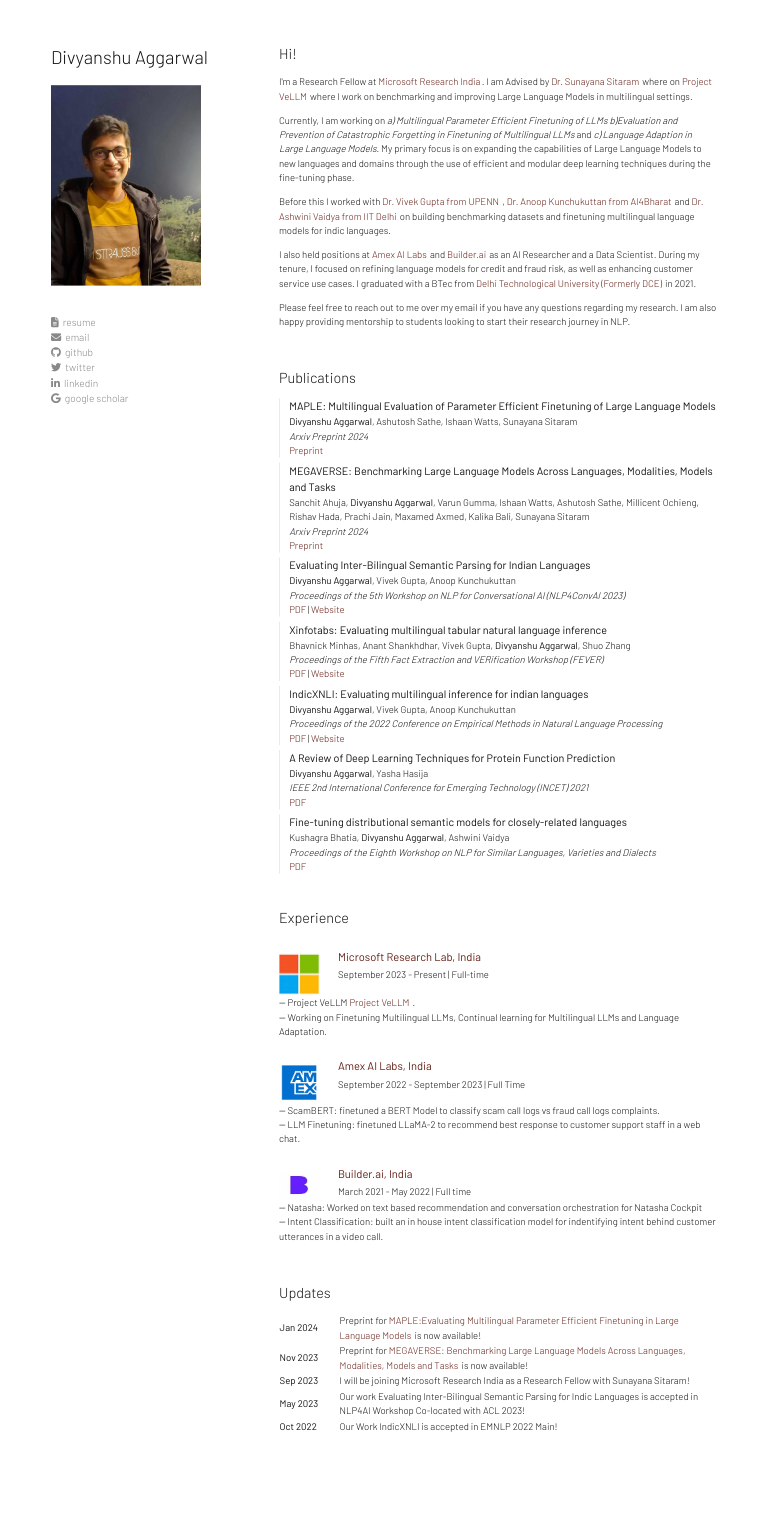
Repository: divyanshuaggarwal/divyanshuaggarwal.github.io
Page: index.html
An editor plug-in stored every save of this project. The page is shown before and after the next save, followed by the edit.
The browser window is 1280 px wide. The pictures show the whole page, at 60% of full size.
Some web libraries are served in a nearby version.

Above is the page before, as saved 2024-02-23 23:11:03.
Not found: javascripts/scale.fix.js

### index.html
<!doctype html>
<html>
  <head>
    <meta charset="utf-8">
    <meta name="viewport" content="width=device-width, initial-scale=1, shrink-to-fit=no">

    <meta name="description" content="Research Fellow | Microsoft Research India">
    <meta name="keywords" content="website, divyanshu, aggarwal, divyanshu aggarwal">
    <meta name="author" content="Divyanshu Aggarwal">
    <meta http-equiv="X-UA-Compatible" content="chrome=1">
    <meta http-equiv="X-UA-Compatible" content="IE-Edge">

    <link rel="apple-touch-icon" sizes="180x180" href="assets/apple-touch-icon.png">
    <link rel="icon" type="image/png" sizes="32x32" href="assets/favicon-32x32.png">
    <link rel="icon" type="image/png" sizes="16x16" href="assets/favicon-16x16.png">
    <link rel="manifest" href="/site.webmanifest">

    <!-- Bootstrap CSS -->
    <link rel="stylesheet" href="https://stackpath.bootstrapcdn.com/bootstrap/4.4.1/css/bootstrap.min.css" integrity="sha384-Vkoo8x4CGsO3+Hhxv8T/Q5PaXtkKtu6ug5TOeNV6gBiFeWPGFN9MuhOf23Q9Ifjh" crossorigin="anonymous">
    <!-- <link rel="stylesheet" href="assets/style-3.css"> -->
    <link href="https://fonts.googleapis.com/css2?family=Spartan:wght@300;400;500&display=swap" rel="stylesheet">
    <link href="https://fonts.googleapis.com/css2?family=Quicksand:wght@300;400&display=swap" rel="stylesheet">
    <link href="https://fonts.googleapis.com/css2?family=Barlow:wght@300;400&display=swap" rel="stylesheet">


    <script src="https://kit.fontawesome.com/cf1c3caa39.js" crossorigin="anonymous"></script>
    <!-- <script src="assets/style-2.js"></script> -->


    <title>Divyanshu Aggarwal</title>

  </head>
  <body>
    <div class="container pb-5 allstuffp">
      <div class="row pt-5 allstuff">
        <div class="col-md-4 pt-4">
          <div class="fixed-posi">
            <div class="name pb-4">Divyanshu Aggarwal</div>
            <img src="./images/divyanshu.jpg" class="img-fluid profilepic" alt="Divyanshu profile photo" width="250">
            <div class="pt-5">
              <a id="icon_cv" class="tag had" href="assets/cv.pdf" target="_blank"><i class="had fas fa-file-alt"></i>&nbsp; resume</a><br>
              <a id="icon_email" class="tag had" href="mailto:divyanshuggrwl@gmail.com" target="_blank"><i class="fas fa-envelope"></i>&nbsp; email</a><br>
              <a id="icon_github" class="tag had" href="https://github.com/divyanshuaggarwal" target="_blank"><i class="had fab fa-github"></i>&nbsp; github</a><br>
              <a id="icon_twitter" class="tag had" href="https://twitter.com/divyanshuggrwl" target="_blank"> <i class="fab fa-twitter"></i>&nbsp; twitter</a> <br>
              <a id="icon_linkedin" class="tag had" href="https://www.linkedin.com/in/https://www.linkedin.com/in/divyanshu-aggarwal-498894163/" target="_blank"><i class="fab fa-linkedin-in"></i>&nbsp; linkedin</a> <br>
              <a id="icon_gscholar" class="tag had" href="https://scholar.google.com/citations?user=WuYKZLAAAAAJ" target="_blank"><i class="fab fa-google"></i>&nbsp; google scholar</a> <br>
            </div>
          </div>
        </div>
        <div class="col-md-8 pt-4 about">
          <p class='header'>Hi!</p>
          <p>I'm a Research Fellow at <a class="tag" href="https://www.microsoft.com/en-us/research/lab/microsoft-research-india/" target="_blank">Microsoft Research India</a>. I am Advised by <a class="tag" href="https://www.microsoft.com/en-us/research/lab/microsoft-research-india/" target="_blank">Dr. Sunayana Sitaram</a> where on <a class="tag", href="https://www.microsoft.com/en-us/research/project/project-vellm/"> Project VeLLM </a> where I work on benchmarking and improving Large Language Models in multilingual settings. </p>

          <p>Currently, I am working on <em>a) Multilingual Parameter Efficient Finetuning of LLMs</em> <em>b)Evaluation and Prevention of Catastrophic Forgetting in Finetuning of Multilingual LLMs </em> and <em>c) Language Adaption in Large Language Models</em>. My primary focus is on expanding the capabilities of Large Language Models to new languages and domains through the use of efficient and modular deep learning techniques during the fine-tuning phase.</p>

          <p>Before this I worked with <a class="tag" href="https://vgupta123.github.io/" target="_blank"> Dr. Vivek Gupta from UPENN </a>, <a class="tag" href="http://anoopk.in/" target="_blank">Dr. Anoop Kunchukuttan from AI4Bharat</a>  and <a class="tag" href="https://web.iitd.ac.in/~avaidya/" target="_blank"> Dr. Ashwini Vaidya from IIT Delhi</a> on building benchmarking datasets and finetuning multilingual language models for indic languages.</p>

          <p>I also held positions at <a class="tag" href="https://emerj.com/ai-sector-overviews/artificial-intelligence-at-american-express/", target="_blank"> Amex AI Labs </a> and <a class="tag" href="https://www.builder.ai/under-the-hood", target="_blank">Builder.ai</a> as an AI Researcher and a Data Scientist. During my tenure, I focused on refining language models for credit and fraud risk, as well as enhancing customer service use cases. I graduated with a BTec from <a class="tag" href="http://www.dtu.ac.in/" target="_blank"> Delhi Technological University (Formerly DCE)</a> in 2021.</p>

<!--           My thesis was on "Protein Function Prediction using Deep Learning" with <a class="tag" href="http://www.dtu.ac.in/modules/facilities/people/faculty/view.php?uname=yashahasija", target="_blank">Dr. Yasha Hasija</a>. -->
          <p>Please feel free to reach out to me over my email if you have any questions regarding my research. I am also happy providing mentorship to students looking to start their research journey in NLP. </p>

          <p class="header pt-5">Publications</p>

            <p class="paper my-2 pl-3">
              <span class="papertitle">MAPLE: Multilingual Evaluation of Parameter Efficient Finetuning of Large Language Models</span><br>
              <b><span class="thisauthor">Divyanshu Aggarwal</span></b>, Ashutosh Sathe, Ishaan Watts, Sunayana Sitaram<br>
              <i> Arxiv Preprint 2024</i><br>
              <a class="tag" href="https://arxiv.org/abs/2401.07598" target="_blank">Preprint</a>
            </p>

            <p class="paper my-2 pl-3">
              <span class="papertitle">MEGAVERSE: Benchmarking Large Language Models Across Languages, Modalities, Models and Tasks</span><br>
              Sanchit Ahuja, <b><span class="thisauthor">Divyanshu Aggarwal</span></b>, Varun Gumma, Ishaan Watts, Ashutosh Sathe, Millicent Ochieng, Rishav Hada, Prachi Jain, Maxamed Axmed, Kalika Bali, Sunayana Sitaram <br>
              <i> Arxiv Preprint 2024</i><br>
              <a class="tag" href="https://arxiv.org/abs/2311.07463" target="_blank">Preprint</a>
            </p>


            <p class="paper my-2 pl-3">
              <span class="papertitle">Evaluating Inter-Bilingual Semantic Parsing for Indian Languages</span><br>
              <b><span class="thisauthor">Divyanshu Aggarwal</span></b>, Vivek Gupta, Anoop Kunchukuttan <br>
              <i>Proceedings of the 5th Workshop on NLP for Conversational AI (NLP4ConvAI 2023)</i><br>
              <a class="tag" href="https://aclanthology.org/2023.nlp4convai-1.9/" target="_blank">PDF</a>|
              <a class="tag" href="https://iesemparse.github.io/" target="_blank">Website</a>
            </p>


            <p class="paper my-2 pl-3">
              <span class="papertitle">Xinfotabs: Evaluating multilingual tabular natural language inference</span><br>
              Bhavnick Minhas, Anant Shankhdhar, Vivek Gupta, <b><span class="thisauthor">Divyanshu Aggarwal</span></b>, Shuo Zhang <br>
              <i>Proceedings of the Fifth Fact Extraction and VERification Workshop (FEVER)</i><br>
              <a class="tag" href="https://aclanthology.org/2022.fever-1.7/" target="_blank">PDF</a>|
              <a class="tag" href="https://xinfotabs.github.io/" target="_blank">Website</a>
            </p>

            <p class="paper my-2 pl-3">
              <span class="papertitle">IndicXNLI: Evaluating multilingual inference for indian languages</span><br>
              <b><span class="thisauthor">Divyanshu Aggarwal</span></b>, Vivek Gupta, Anoop Kunchukuttan <br>
              <i>Proceedings of the 2022 Conference on Empirical Methods in Natural Language Processing</i><br>
              <a class="tag" href="https://aclanthology.org/2022.emnlp-main.755" target="_blank">PDF</a>|
              <a class="tag" href="https://indicxnli.github.io" target="_blank">Website</a>
            </p>


            <p class="paper my-2 pl-3">
              <span class="papertitle">A Review of Deep Learning Techniques for Protein Function Prediction</span><br>
              <b><span class="thisauthor">Divyanshu Aggarwal</span></b>, Yasha Hasija <br>
              <i>IEEE 2nd International Conference for Emerging Technology (INCET) 2021</i><br>
              <a class="tag" href="https://arxiv.org/abs/2211.09705" target="_blank">PDF</a>
            </p>

            <p class="paper my-2 pl-3">
              <span class="papertitle">Fine-tuning distributional semantic models for closely-related languages</span><br>
              Kushagra Bhatia, <b><span class="thisauthor">Divyanshu Aggarwal</span></b>, Ashwini Vaidya <br>
              <i>Proceedings of the Eighth Workshop on NLP for Similar Languages, Varieties and Dialects</i><br>
              <a class="tag" href="https://aclanthology.org/2021.vardial-1.7/" target="_blank">PDF</a>
            </p>


          <p class="header pt-5">Experience</p>

          <div class="py-3">
              <div class="expmeta row">
                  <div class="col-sm-1"><img class="expicon mt-2"src="images/microsoft.jpg"></div>
                  <div class="col-sm-11 expdetails">
                    <span class="expjob"><a class="tag" href="https://www.microsoft.com/en-us/research/lab/microsoft-research-india/" target="_blank">Microsoft Research Lab, India</a></span><br>
                    <div class='pt-1'>September 2023 - Present | Full-time</div>
                  </div>
              </div>
              <div class="details">
              <p><span class="bullet">--</span> Project VeLLM <a class="tag" href="" target="_blank"> Project VeLLM </a>.<br>
                <span class="bullet">--</span> Working on Finetuning Multilingual LLMs, Continual learning for Multilingual LLMs and Language Adaptation.<br>


            <div class="py-3">
              <div class="expmeta row">
                  <div class="col-sm-1"><img class="expicon mt-2"src="images/amex.jpg"></div>
                  <div class="col-sm-11 expdetails">
                    <span class="expjob"><a class="tag" href="https://www.microsoft.com/en-us/research/lab/microsoft-research-india/" target="_blank">Amex AI Labs, India</a></span><br>
                    <div class='pt-1'>September 2022 - September 2023 | Full Time</div>
                  </div>
              </div>
              <div class="details">
              <p><span class="bullet">--</span> ScamBERT: finetuned a BERT Model to classify scam call logs vs fraud call logs complaints.<br>
                <span class="bullet">--</span> LLM Finetuning: finetuned LLaMA-2 to recommend best response to customer support staff in a web chat.<br>


            <div class="py-3">
              <div class="expmeta row">
                  <div class="col-sm-1"><img class="expicon mt-2"src="images/builder.jpg", width="200", height="50"></div>
                  <div class="col-sm-11 expdetails">
                    <span class="expjob"><a class="tag" href="https://www.builder.ai" target="_blank">Builder.ai, India</a></span><br>
                    <div class='pt-1'>March 2021 - May 2022 | Full time</div>
                  </div>
              </div>
              <div class="details">
              <p><span class="bullet">--</span> Natasha: Worked on text based recommendation and conversation orchestration for Natasha Cockpit <br>
                <span class="bullet">--</span> Intent Classification: built an in house intent classification model for indentifying intent behind customer utterances in a video call.<br>




            <p class="header pt-5">Updates</p>
            <div style="height:250px;overflow:auto;">
                <table>
                    <col width="100px">
                    <tr>
                        <td><b>Jan 2024</b></td>
                        <td>Preprint for <a class="tag" href="https://arxiv.org/abs/2401.07598" target="_blank">MAPLE:Evaluating Multilingual Parameter Efficient Finetuning in Large Language Models</a> is now available!</td>
                    </tr>

                    <tr>
                      <td><b>Nov 2023</b></td>
                      <td>Preprint for <a class="tag" href="https://arxiv.org/abs/2311.07463" target="_blank">MEGAVERSE: Benchmarking Large Language Models Across Languages, Modalities, Models and Tasks </a> is now available!</td>
                  </tr>

                  <tr>
                    <td><b>Sep 2023</b></td>
                    <td>I will be joining Microsoft Research India as a Research Fellow with Sunayana Sitaram!</td>
                </tr>

                <tr>
                  <td><b>May 2023</b></td>
                  <td>Our work Evaluating Inter-Bilingual Semantic Parsing for Indic Languages is accepted in NLP4AI Workshop Co-located with ACL 2023!</td>
              </tr>

              <tr>
                <td><b>Oct 2022</b></td>
                <td>Our Work IndicXNLI is accepted in EMNLP 2022  Main!</td>
             </tr>

                </table>
            </div>

        </div>

      </div>
    </div>
    <div>

    <script src="javascripts/scale.fix.js"></script>
    <script src="https://code.jquery.com/jquery-3.4.1.slim.min.js" integrity="sha384-J6qa4849blE2+poT4WnyKhv5vZF5SrPo0iEjwBvKU7imGFAV0wwj1yYfoRSJoZ+n" crossorigin="anonymous"></script>
    <script src="https://cdn.jsdelivr.net/npm/popper.js@1.16.0/dist/umd/popper.min.js" integrity="sha384-Q6E9RHvbIyZFJoft+2mJbHaEWldlvI9IOYy5n3zV9zzTtmI3UksdQRVvoxMfooAo" crossorigin="anonymous"></script>
    <script src="https://stackpath.bootstrapcdn.com/bootstrap/4.4.1/js/bootstrap.min.js" integrity="sha384-wfSDF2E50Y2D1uUdj0O3uMBJnjuUD4Ih7YwaYd1iqfktj0Uod8GCExl3Og8ifwB6" crossorigin="anonymous"></script>
    <!-- <script src="assets/style-3.js"></script> -->
  </body>
  <style>
    body {
        /* font-family: 'Quicksand', sans-serif; */
        font-family: 'Barlow', sans-serif;
        font-weight: 300;
        color: #111;
        font-size: 17px;
    }
    .name {
        font-size: 23pt;
        color: #111;

    }

    a {
        /* color: #555; */
        /* text-decoration: underline; */
        color: #641e16;
        /* font-weight: 400; */
    }

    a:hover {
      /* font-weight: 400; */
      text-decoration: none;
      transition-duration: 0.3s;
      transition-timing-function: linear;
      /* color: #444; */
    }

    .about {
        font-size: 12pt;
    }

    .header {
        font-size: 18pt;
        color: #111;
    }

    .expmeta {

    }

    .expjob {
      font-weight: 400;
      font-size: 14pt;
      color:#111;
    }

    .expduration {

    }

    .expdetails {

    }

    .expdesc{


    }

    .papertitle {
        color: #111;
        font-weight: 300;
    }

    .thisauthor {
        color: #111;
    }
    .noter {
        font-size: 9pt;
    }
    .tagsep {
        padding: 4px;
    }
    .tag {
        padding-right:2px;
    }

    .confshort {
        font-weight: 300;
    }

    .conf {
        display: inline-block;
        padding-bottom: 4px;
    }

    .paper {
        border-left: 1px solid #ddd;
        /* border-radius: 10px; */
    }

    .menulink {
        color: #888;
    }

    .menulink:hover {
        color: #111;
    }

    .had {
      color: #888;
    }

    .had:hover {
      color: #222 !important;
    }

    #icon_cv:hover > i{
      color: #641e16 ;
    }
    #icon_email:hover > i{
      color: #641e16 ;
    }
    #icon_github:hover > i{
    color: #641e16 ;
    }

    #icon_twitter:hover > i{
    color: #641e16 ;
    }

    #icon_linkedin:hover > i{
    color: #641e16 ;
    }
    #icon_scholar:hover > i{
    color: #641e16 ;
    }

    /* #icon_cv:hover:hover > i{
    color: blue;
    transition-property: color;
      transition-duration: 0.1s;
      transition-timing-function: linear;
    }
    #icon_email:hover > i{
    color: blue;
    transition-property: color;
      transition-duration: 0.1s;
      transition-timing-function: linear;
    }
    #icon_github:hover > i{
    color: blue;
    transition-property: color;
      transition-duration: 0.1s;
      transition-timing-function: linear;
    }

    #icon_twitter:hover > i{
    color: blue;
    transition-property: color;
      transition-duration: 0.1s;
      transition-timing-function: linear;
    }

    #icon_linkedin:hover > i{
    color: blue;
    transition-property: color;
      transition-duration: 0.1s;
      transition-timing-function: linear;
    }
    #icon_scholar:hover > i{
    color: blue;
    transition-property: color;
      transition-duration: 0.1s;
      transition-timing-function: linear;
    } */

    .icons:hover {
      color: rgb(143, 0, 0)
    }
    .paper {
        border-left: 1px solid #ddd;
    }

    .papertitle {
          color: #111;
          font-weight: 400;
          font-size:large;
      }

    @media (min-width: 768px) {
          .fixed-posi {
          /* width: 50%;
          margin-left: 50%;
          min-height:100%; */
          position:sticky;
    }

          .expicon {

            width:200%;
          }

          .expdetails {
            padding-left:50px;
          }

    }

    @media (max-width: 768px) {

          .expicon {

            width:20%;
          }

          .expdetails {
            padding-left: 2;
          }

    }

    .bullet {
      color: #222;
      font-weight: 400;
    }
    @media (min-width: 768px) {
      .fixed-posi {
          /* width: 50%;
              margin-left: 50%;
              min-height:100%; */
          position: fixed;
      }
    }

    @media only screen and (max-width: 900px) {
      .allstuff {
          padding-top: 0px !important;
      }

      .allstuffp {
          padding-top: 0px !important;
      }

      .profilepic {
          width: 90px;
          border-radius: 40%;
          padding-top: 0px !important;
          padding-bottom: 0px !important;
          filter: grayscale(30%);
      }

      .menur {
          padding-top: 18px !important;
      }

      .instilogo {
      height: 50px;
      filter: grayscale(20%);
      }

    }
    /* .profilepic {
      border-radius: 40%;
    } */

</style>
</html>

After the next save:
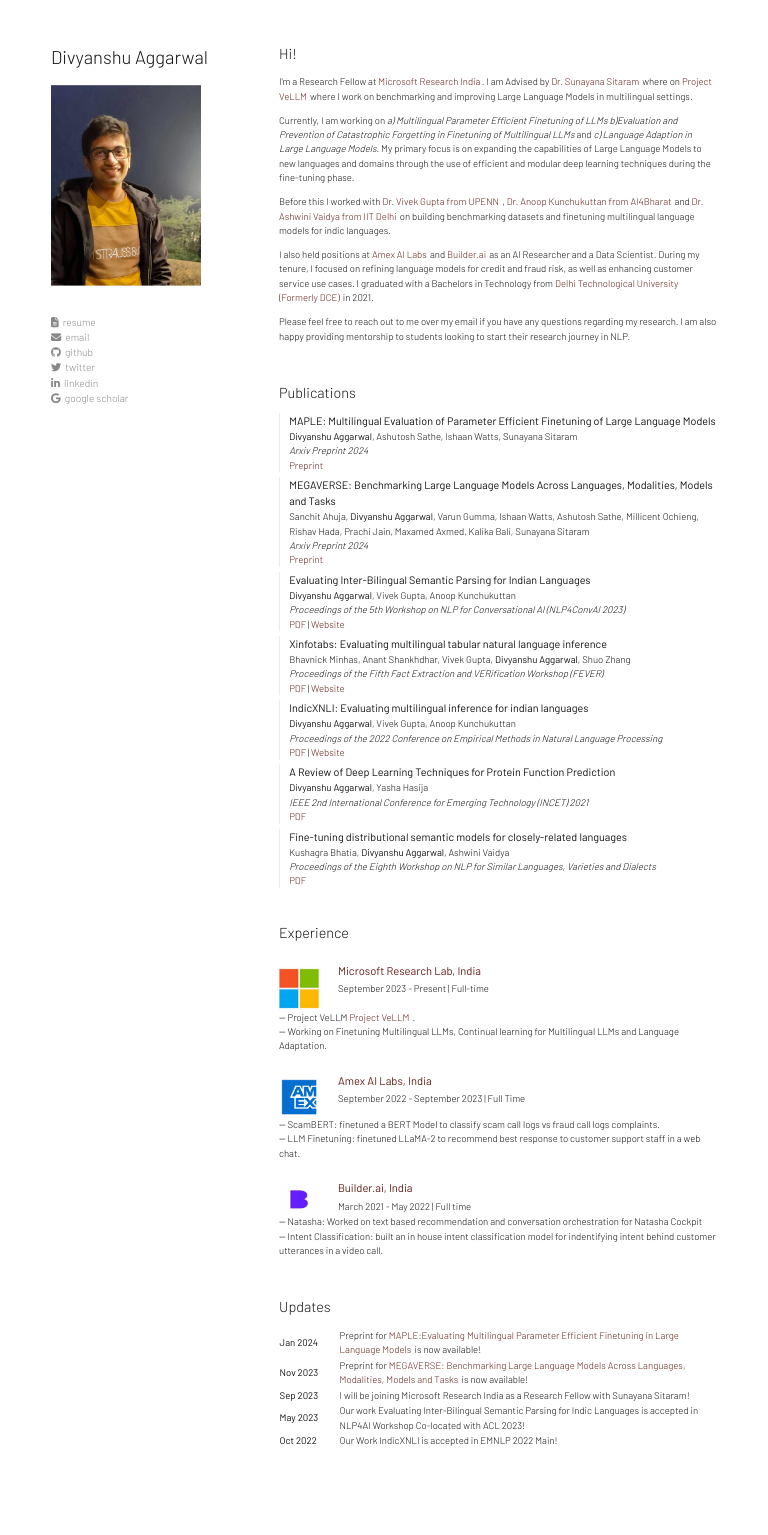
Saved 7 s later.
--- a/index.html
+++ b/index.html
@@ -55,7 +55,7 @@
 
           <p>Before this I worked with <a class="tag" href="https://vgupta123.github.io/" target="_blank"> Dr. Vivek Gupta from UPENN </a>, <a class="tag" href="http://anoopk.in/" target="_blank">Dr. Anoop Kunchukuttan from AI4Bharat</a>  and <a class="tag" href="https://web.iitd.ac.in/~avaidya/" target="_blank"> Dr. Ashwini Vaidya from IIT Delhi</a> on building benchmarking datasets and finetuning multilingual language models for indic languages.</p>
 
-          <p>I also held positions at <a class="tag" href="https://emerj.com/ai-sector-overviews/artificial-intelligence-at-american-express/", target="_blank"> Amex AI Labs </a> and <a class="tag" href="https://www.builder.ai/under-the-hood", target="_blank">Builder.ai</a> as an AI Researcher and a Data Scientist. During my tenure, I focused on refining language models for credit and fraud risk, as well as enhancing customer service use cases. I graduated with a BTec from <a class="tag" href="http://www.dtu.ac.in/" target="_blank"> Delhi Technological University (Formerly DCE)</a> in 2021.</p>
+          <p>I also held positions at <a class="tag" href="https://emerj.com/ai-sector-overviews/artificial-intelligence-at-american-express/", target="_blank"> Amex AI Labs </a> and <a class="tag" href="https://www.builder.ai/under-the-hood", target="_blank">Builder.ai</a> as an AI Researcher and a Data Scientist. During my tenure, I focused on refining language models for credit and fraud risk, as well as enhancing customer service use cases. I graduated with a Bachelors in Technology from <a class="tag" href="http://www.dtu.ac.in/" target="_blank"> Delhi Technological University (Formerly DCE)</a> in 2021.</p>
 
 <!--           My thesis was on "Protein Function Prediction using Deep Learning" with <a class="tag" href="http://www.dtu.ac.in/modules/facilities/people/faculty/view.php?uname=yashahasija", target="_blank">Dr. Yasha Hasija</a>. -->
           <p>Please feel free to reach out to me over my email if you have any questions regarding my research. I am also happy providing mentorship to students looking to start their research journey in NLP. </p>
